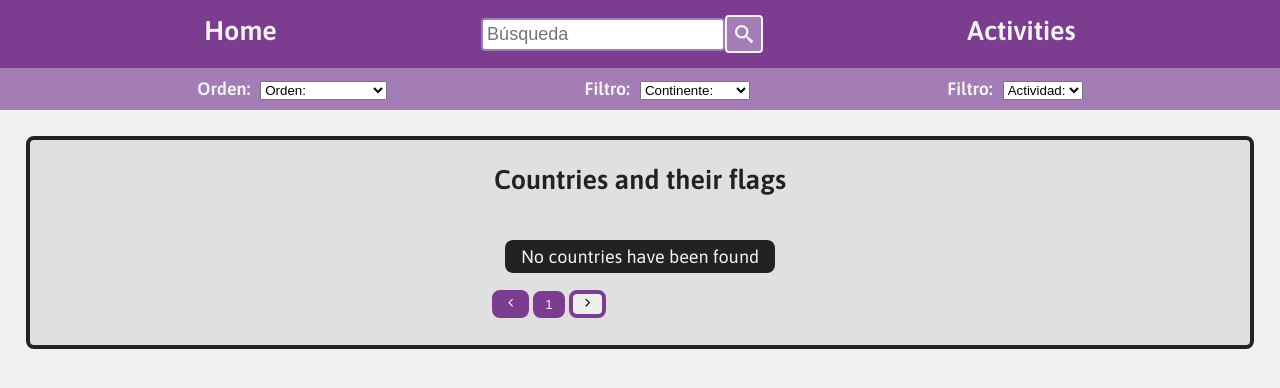
Repository: PCGP22/PI-Countries
Page: /countries/countries (app in cr-pi-countries-main/client/)
The author's editor kept a copy of each file at every save. The page is drawn from the files as they stood at one save, then again after the next save.
The browser window is 1280 px wide. The pictures show the whole page.
The page's requests for data from a server got no answer. The project was rebuilt for these pictures with package versions that can differ from the ones it lists, and the page was loaded fresh each time. No one was signed in, and anything a server would have sent is missing. Also part of the build but not shown: cr-pi-countries-main/client/vite.config.js, cr-pi-countries-main/client/src/styles/LandingPage.modules.css, cr-pi-countries-main/client/src/components/LandingPage.jsx, cr-pi-countries-main/client/src/styles/Detail.modules.css, cr-pi-countries-main/client/src/components/Detail.jsx, cr-pi-countries-main/client/src/components/ActividadesPage.css, cr-pi-countries-main/client/src/components/ActivityPage.jsx.

Above is the page before, as saved 2023-08-07 22:24:12.

After the next save:
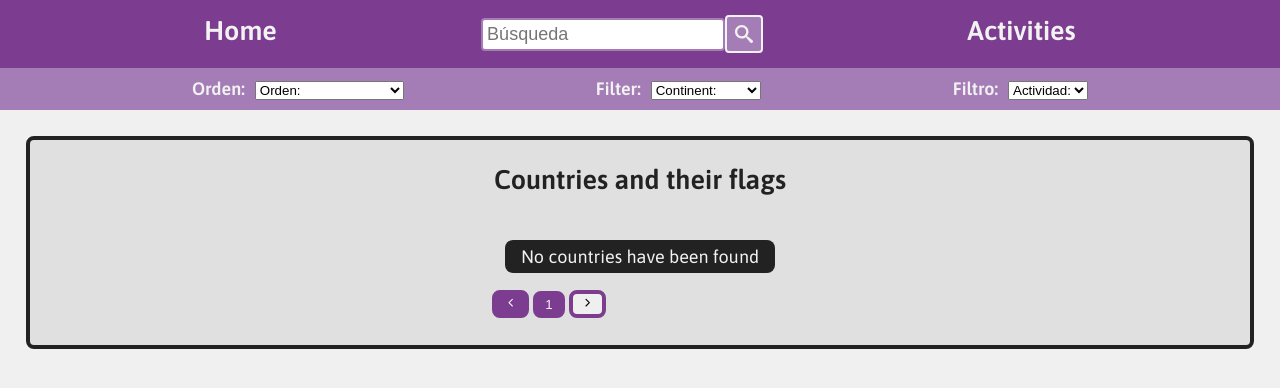
Saved 84 s later.
--- a/cr-pi-countries-main/client/src/components/Filter.jsx
+++ b/cr-pi-countries-main/client/src/components/Filter.jsx
@@ -36,15 +36,15 @@ function Filter(props) {
                     <option value={["alphabet","D"]}>{"Z - A"}</option>
                 </optgroup>
                 <optgroup label='Población'>
-                    <option value={["population","D"]}>Mayor a Menor</option>
-                    <option value={["population","A"]}>Menor a Mayor</option>
+                    <option value={["population","D"]}>Largest to smallest</option>
+                    <option value={["population","A"]}>Smallest to largest</option>
                 </optgroup>
             </select>
         </div>
         <div className="filters__group">
-            <label htmlFor='filterContinent' className='label'>Filtro:</label>
+            <label htmlFor='filterContinent' className='label'>Filter:</label>
             <select onChange={handleFilterContinents} name='filterContinent'>
-                <option defaultValue={true} value="ignore">Continente:</option>
+                <option defaultValue={true} value="ignore">Continent:</option>
                 <option value={"all"}>All</option>
                 <option value="Africa">Africa</option>
                 <option value="North America">North America</option>
